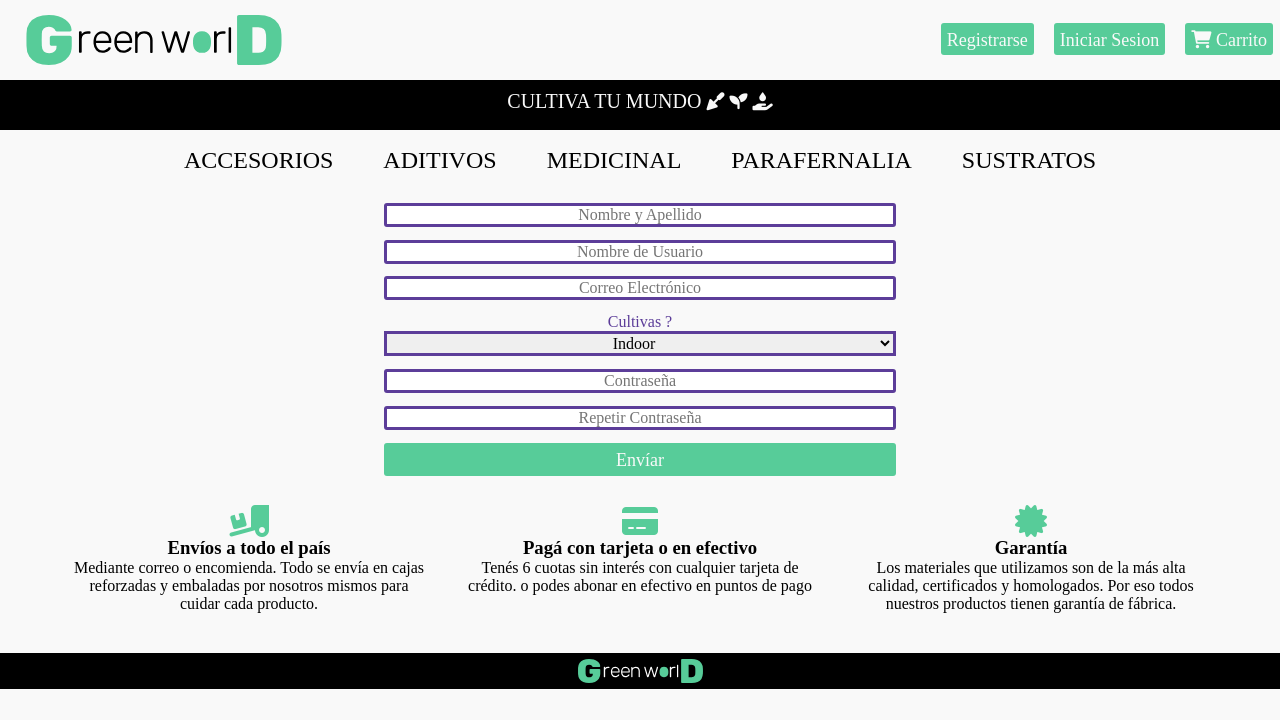
Repository: francoG98/grupo_9_Green_World
Page: source/views/register.html
These files come from the project's save history. The page is drawn as it stood at one moment and after the next save; the edit follows.
The browser window is 1280 px wide. The pictures show the whole page.
Some web fonts or font styles are not loaded; a fallback is used. Some web libraries are served in a nearby version.

Above is the page before, as saved 2022-06-24 20:25:48.

After the next save:
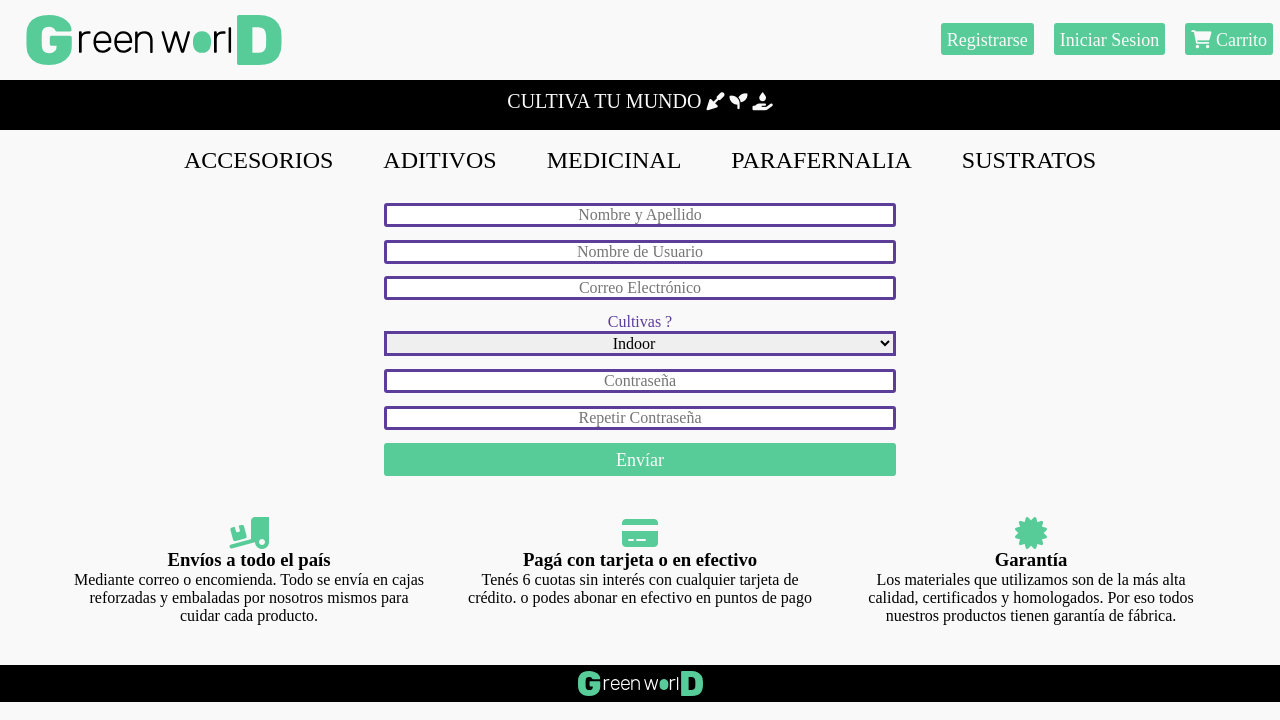
Saved 115 s later.
--- a/public/css/main-register.css
+++ b/public/css/main-register.css
@@ -17,6 +17,7 @@ a button{
         text-align: center;
         margin-left: 30%;
         margin-top: 1%;
+        margin-bottom: 1%;
         border-radius: 3px;
 }
 input{
